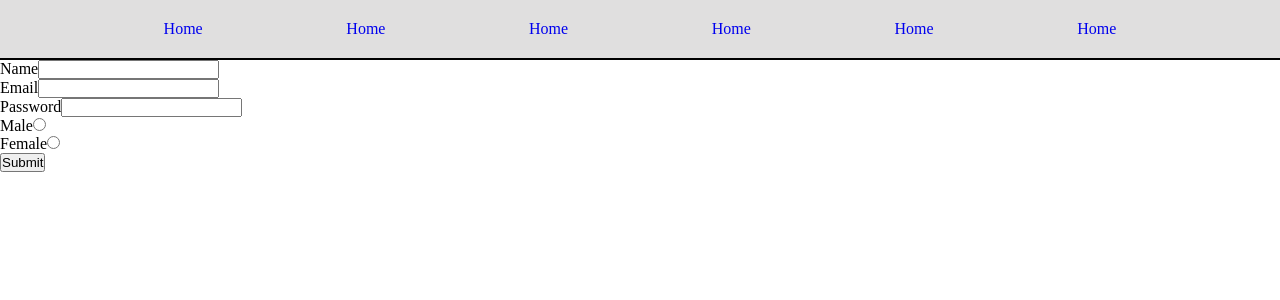
Repository: Naynsh2904/Advance_Java
Page: http://localhost/createForm/NewFile.jsp
The author's editor kept a copy of each file at every save. The page is drawn from the files as they stood at one save, then again after the next save.
The browser window is 1280 px wide. The pictures show the whole page.
The page is served by Tomcat 9.

Above is the page before, as saved 2025-01-31 09:54:26.

After the next save:
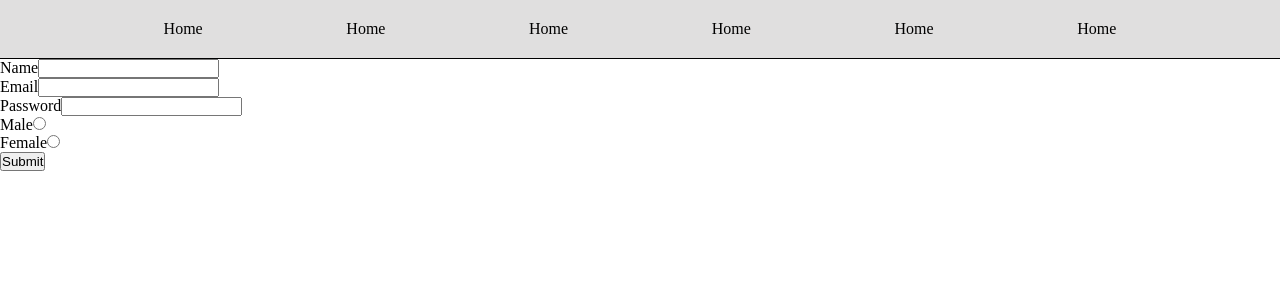
Saved 57 s later.
--- a/createForm/src/main/webapp/NewFile.jsp
+++ b/createForm/src/main/webapp/NewFile.jsp
@@ -10,12 +10,14 @@
       margin: 0;
       padding: 0;
     }
+
     a {
       text-decoration: none;
+      color: black;
     }
+
     li {
       list-style: none;
-      color: black;
     }
 
     ul {
@@ -23,7 +25,7 @@
       background-color: #c3c1c183;
       display: flex;
       justify-content: space-evenly;
-      border-bottom: 2px solid black;
+      border-bottom: 1px solid black;
     }
   </style>
 </head>
